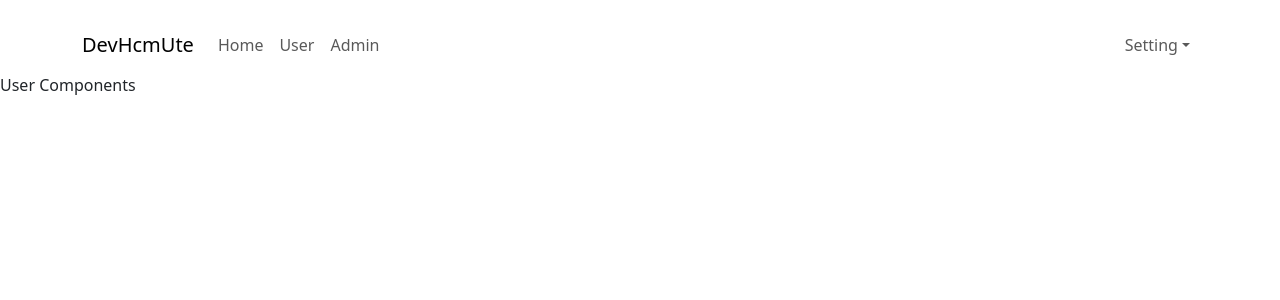
Repository: nnbxxx/React-Untimate
Page: /users
An editor plug-in stored every save of this project. The page is shown before and after the next save, followed by the edit.
The browser window is 1280 px wide. The pictures show the whole page.
The project was rebuilt for these pictures with package versions that can differ from the ones it lists, and the page was loaded fresh each time. Also part of the build but not shown: src/components/Admin/SideBar.scss, src/components/Admin/SideBar.js, src/components/Admin/Admin.scss, src/components/Admin/Admin.js, src/components/Home/HomePage.js, src/utils/axiosCustumize.js, src/services/apiService.js, src/components/Admin/Content/ManageUser.scss and 9 more. Imported but missing from the stored project, and not drawn on this page: src/assets/video-homepage.webm.

Above is the page before, as saved 2023-04-12 20:19:34.

After the next save:
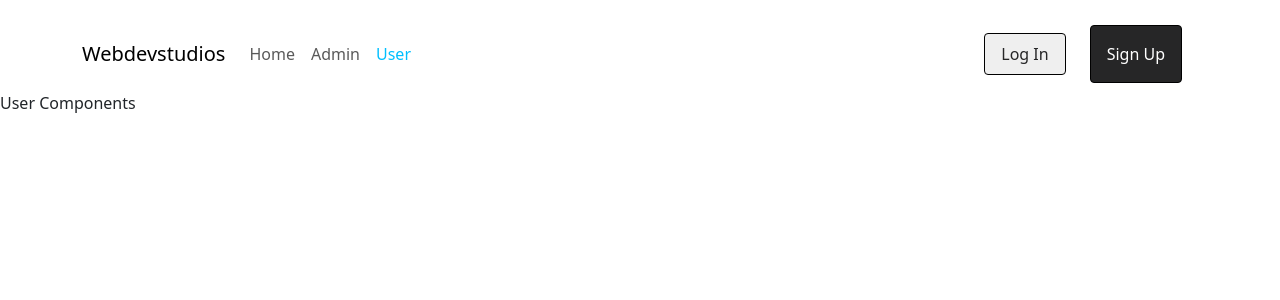
Saved 45 s later.
--- a/src/components/Header/header.js
+++ b/src/components/Header/header.js
@@ -2,29 +2,39 @@ import Container from "react-bootstrap/Container";
 import Nav from "react-bootstrap/Nav";
 import Navbar from "react-bootstrap/Navbar";
 import NavDropdown from "react-bootstrap/NavDropdown";
-
+import { NavLink } from "react-router-dom";
 const Header = () => {
   return (
     <Navbar bg='light' expand='lg'>
       <Container>
-        <Navbar.Brand href='#home'>DevHcmUte</Navbar.Brand>
+        <NavLink to='/' className='navbar-brand'>
+          Webdevstudios
+        </NavLink>
         <Navbar.Toggle aria-controls='basic-navbar-nav' />
         <Navbar.Collapse id='basic-navbar-nav'>
           <Nav className='me-auto'>
-            <Nav.Link href='#home'>Home</Nav.Link>
-            <Nav.Link href='#link'>User</Nav.Link>
-            <Nav.Link href='#link'>Admin</Nav.Link>
+            <NavLink to='/' className='nav-link'>
+              Home
+            </NavLink>
+            <NavLink to='./admins' className='nav-link'>
+              Admin
+            </NavLink>
+            <NavLink to='./users' className='nav-link'>
+              User
+            </NavLink>
           </Nav>
           <Nav>
-            <NavDropdown title='Setting' id='basic-nav-dropdown'>
-              <NavDropdown.Item href='#action/3.1'>Log in</NavDropdown.Item>
-              <NavDropdown.Item href='#action/3.2'>Log out</NavDropdown.Item>
-              <NavDropdown.Item href='#action/3.3'>Profile</NavDropdown.Item>
-              <NavDropdown.Divider />
-              <NavDropdown.Item href='#action/3.4'>
-                Separated link
-              </NavDropdown.Item>
-            </NavDropdown>
+            <NavLink to='./admins' className='nav-link'>
+              <button className='btn-login'>Log In</button>
+            </NavLink>
+
+            <button className='btn-signup'>Sign Up</button>
+            {/* <NavDropdown title='Setting' id='basic-nav-dropdown'>
+              <NavDropdown.Item>Log in</NavDropdown.Item>
+              <NavDropdown.Item>Log out</NavDropdown.Item>
+              <NavDropdown.Item>Profile</NavDropdown.Item>
+
+            </NavDropdown> */}
           </Nav>
         </Navbar.Collapse>
       </Container>
